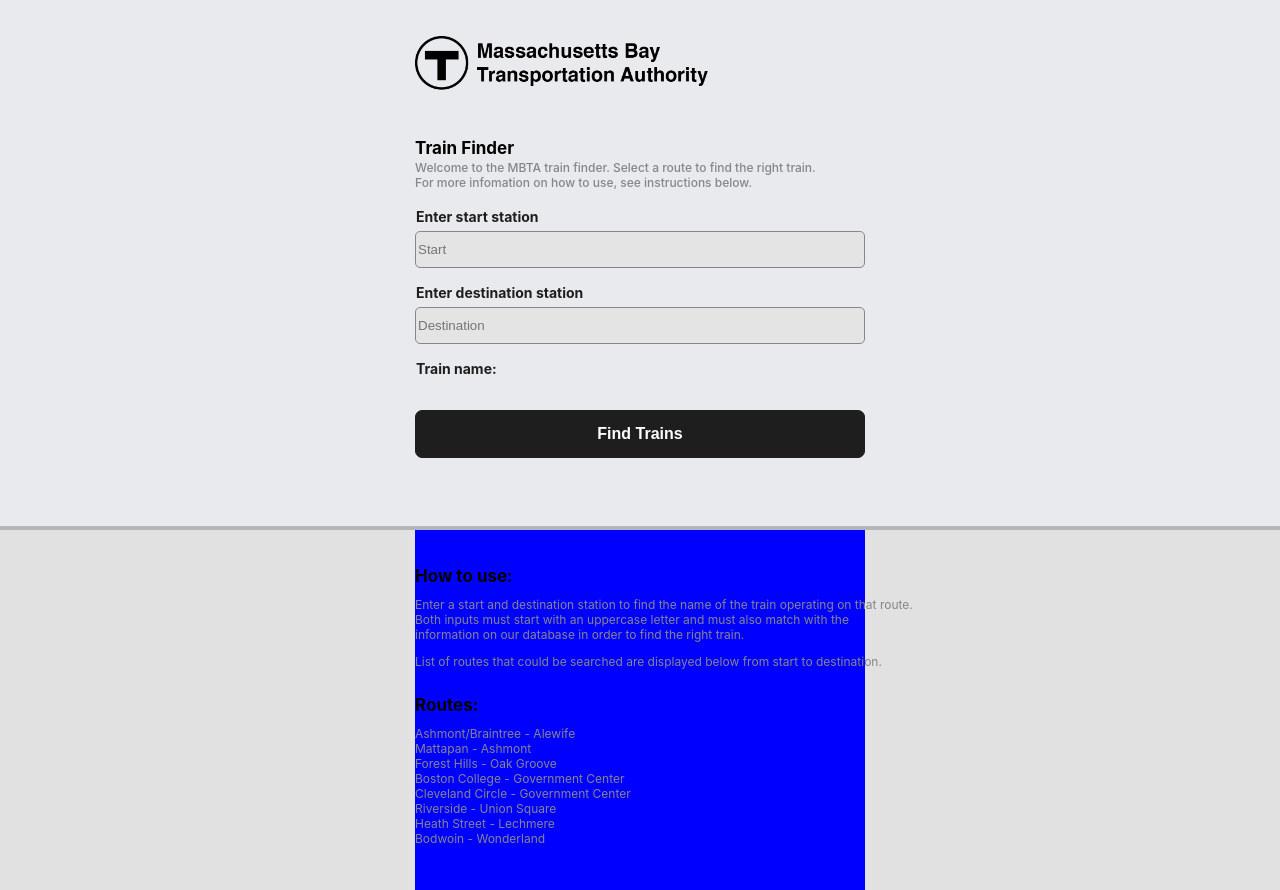
Repository: jumadesigns/mbta-train-finder
Page: / (app in mbta-app/)
These files come from the project's save history. The page is drawn as it stood at one moment and after a run of saves; the edit follows.
The browser window is 1280 px wide. The pictures show the whole page.
The page's requests for data from a server got no answer. The project was rebuilt for these pictures with package versions that can differ from the ones it lists, and the page was loaded fresh each time. No one was signed in, and anything a server would have sent is missing.

Above is the page before, as saved 2022-09-26 21:52:54.

After the next 2 saves:
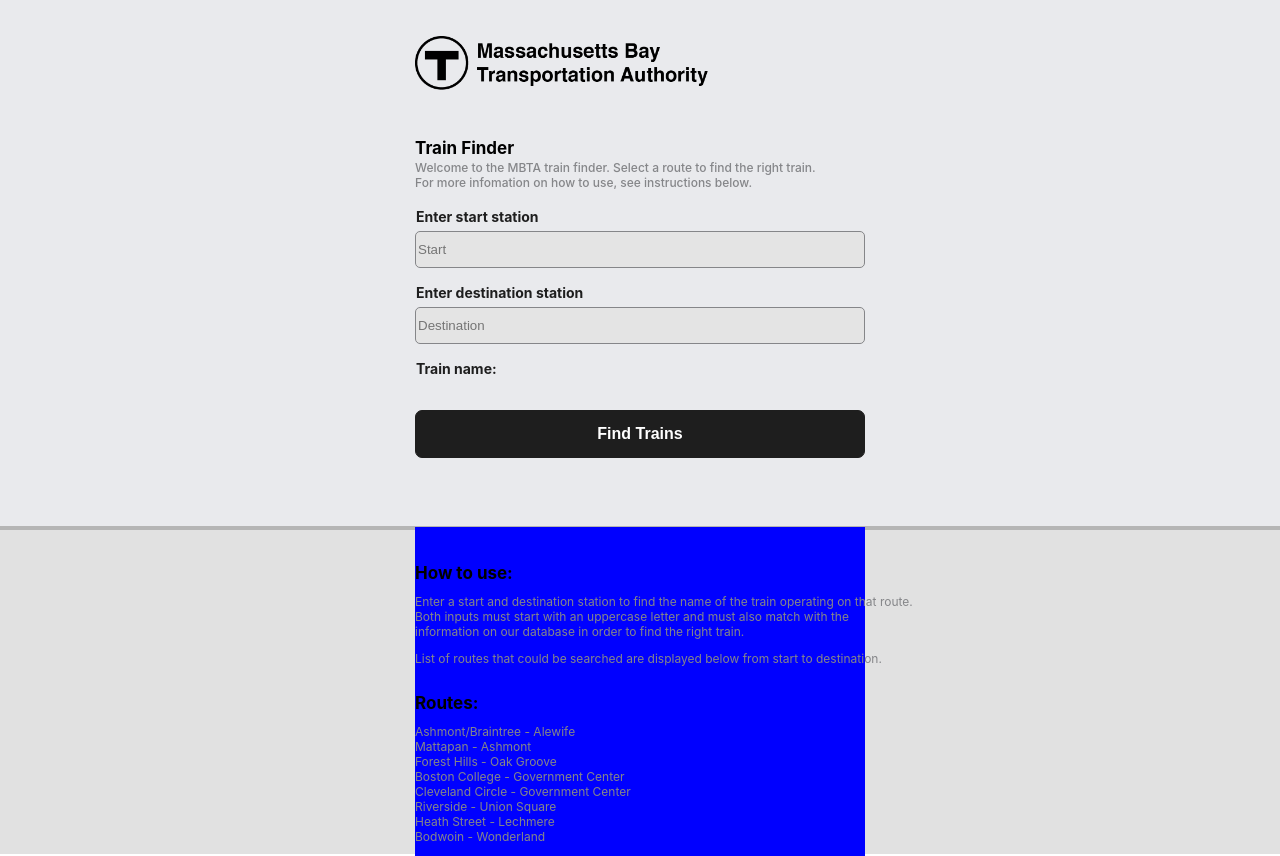
The 2 saves are shown as one change because they came seconds apart.
The last was saved 54 s later.
--- a/mbta-app/src/index.css
+++ b/mbta-app/src/index.css
@@ -119,7 +119,7 @@
   width: 100%;
   background-color: #e1e1e1;
   border-top: 4px #b5b5b5 solid;
-  height: 50vh;
+  height: 45vh;
   display: flex;
   flex-direction: column;
   justify-content: center;
